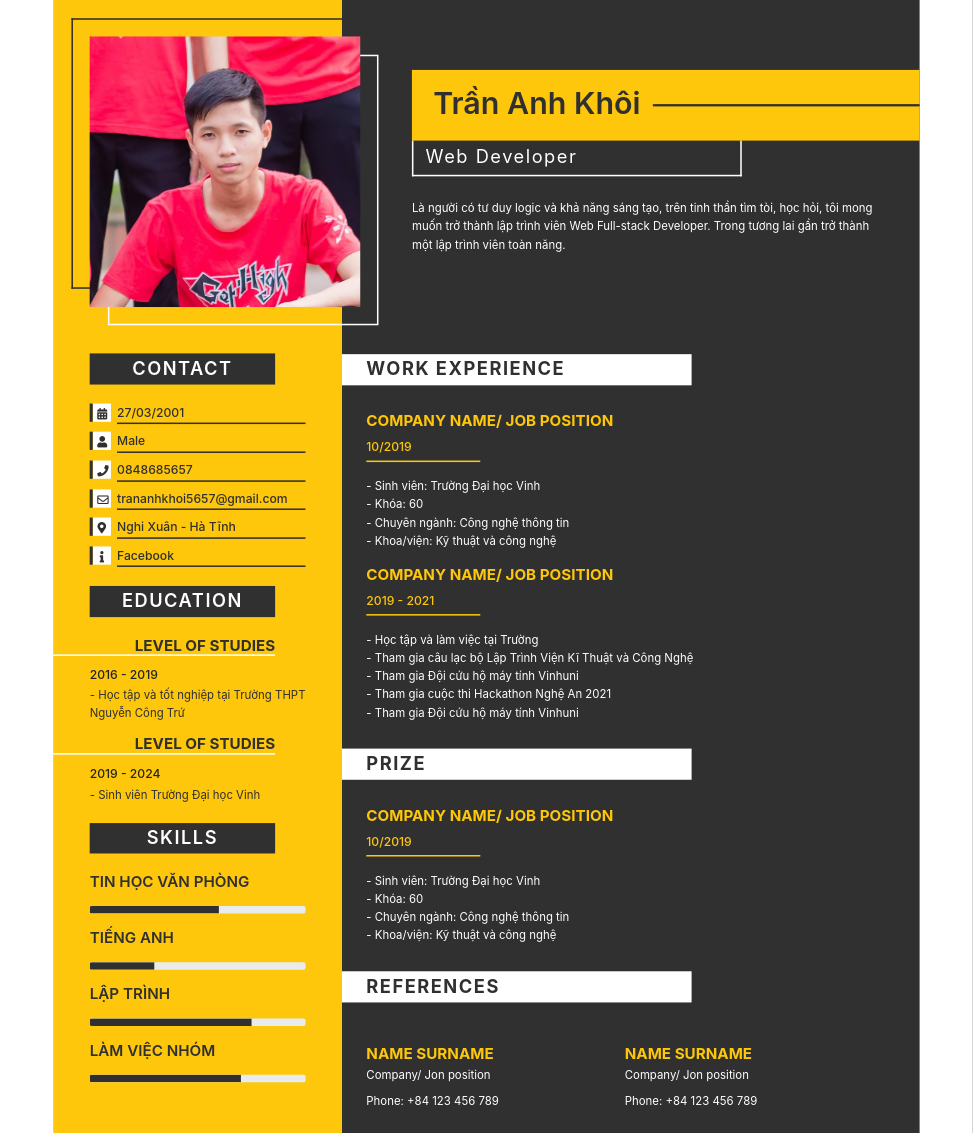
Repository: khoitadev/myCV
Page: index.html
An editor plug-in stored every save of this project. The page is shown before and after the next save, followed by the edit.
The browser window is 1280 px wide. The pictures show the whole page, at 76% of full size.
Some web libraries are served in a nearby version.

Above is the page before, as saved 2022-02-11 23:00:33.

After the next save:
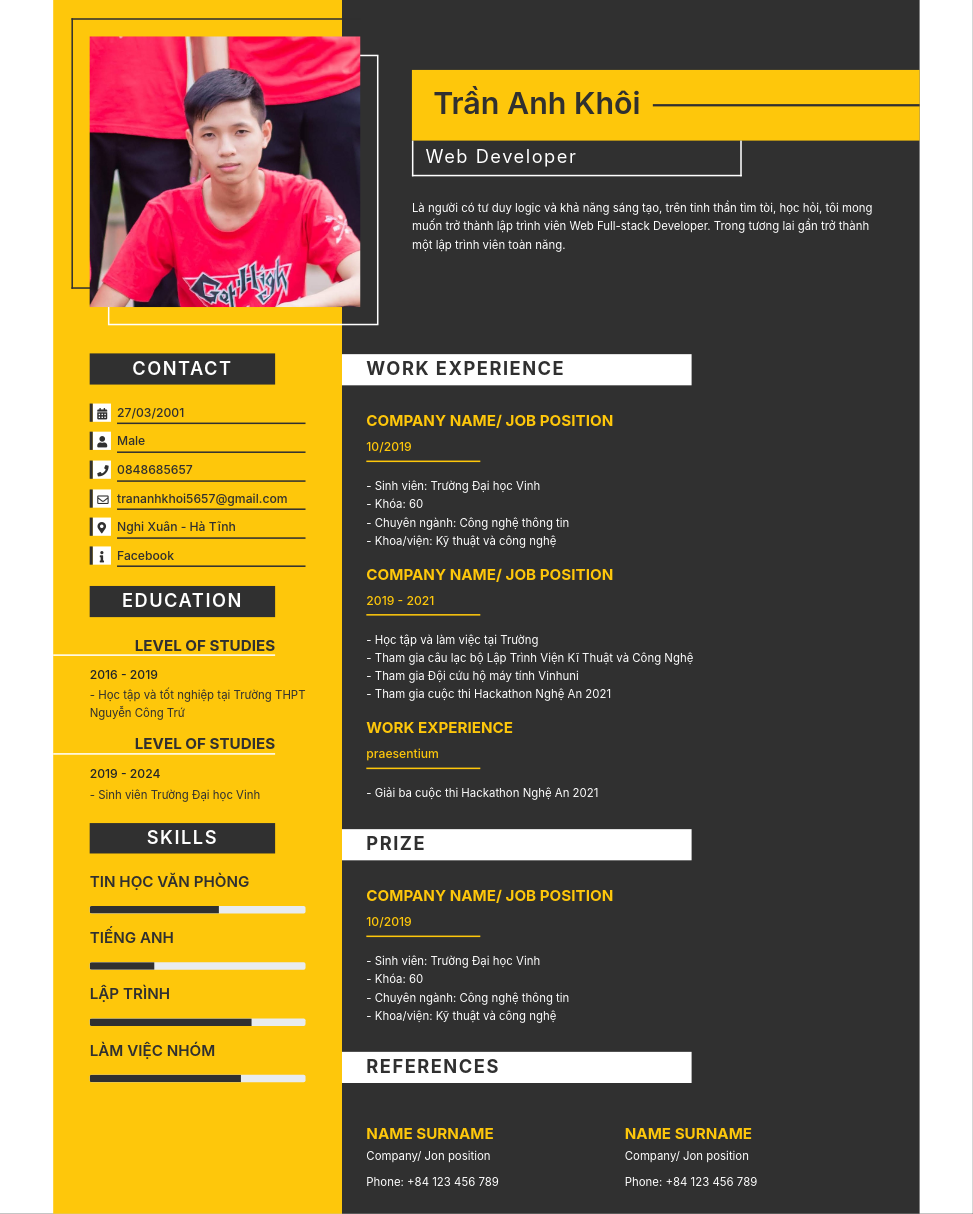
Saved 4 min 15 s later.
--- a/index.html
+++ b/index.html
@@ -130,7 +130,11 @@
             - Tham gia câu lạc bộ Lập Trình Viện Kĩ Thuật và Công Nghệ <br>
             - Tham gia Đội cứu hộ máy tính Vinhuni <br>
             - Tham gia cuộc thi Hackathon Nghệ An 2021 <br>
-            - Tham gia Đội cứu hộ máy tính Vinhuni <br>
+          </p>
+          <h3 class="work__heading">WORK EXPERIENCE</h3>
+          <h4 class="work__title">praesentium</h4>
+          <p class="text-toright">
+            - Giải ba cuộc thi Hackathon Nghệ An 2021
           </p>
           <!-- <h3 class="work__heading">COMPANY NAME/ JOB POSITION</h3>
           <h4 class="work__title">2020 - 2021</h4>
